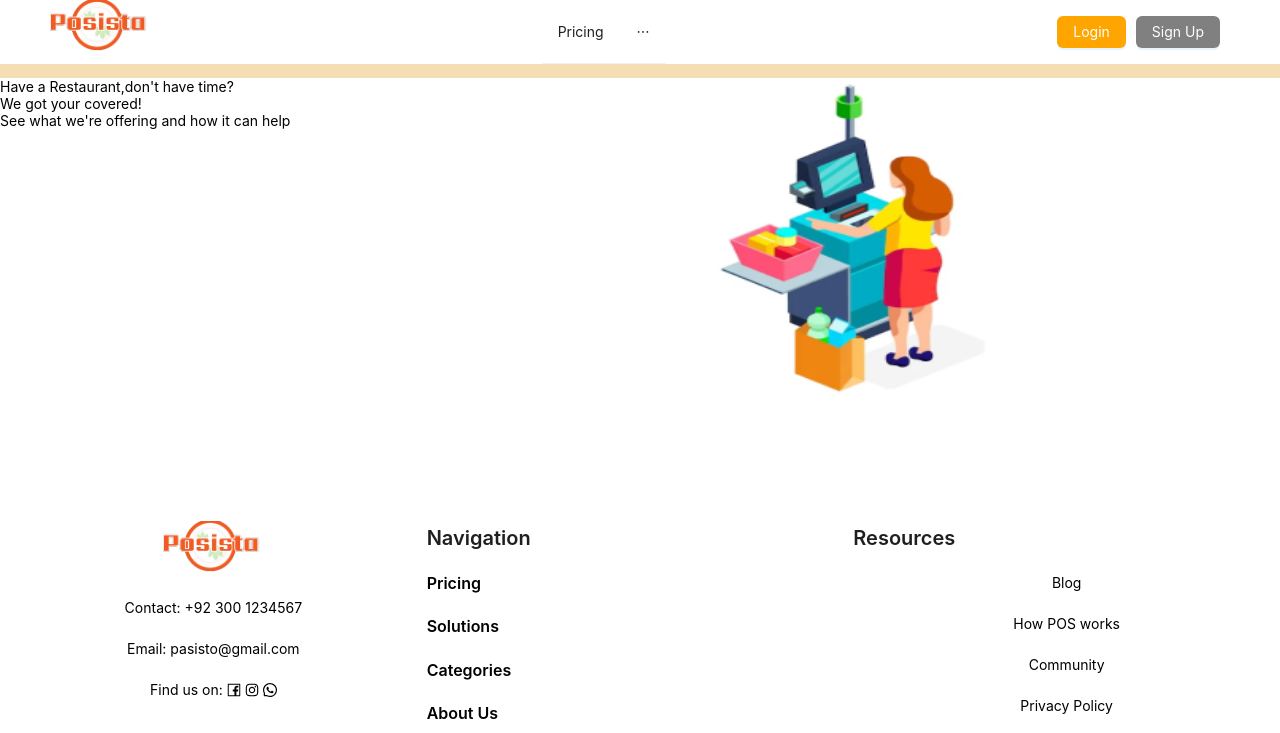
Repository: usmanarshad90/Posista
Page: / (app in test/)
These files come from the project's save history. The page is drawn as it stood at one moment and after the next save; the edit follows.
The browser window is 1280 px wide. The pictures show the whole page.
The project was rebuilt for these pictures with package versions that can differ from the ones it lists, and the page was loaded fresh each time. Also part of the build but not shown: test/src/components/Pricing/Pricing.jsx, test/src/components/Solution/Solutions.jsx, test/src/components/About/AboutUs.jsx, test/src/components/login/login.jsx, test/src/components/signup/signup.jsx.

Above is the page before, as saved 2023-11-28 14:44:35.

### test/public/index.html
<!DOCTYPE html>
<html lang="en">
  <head>
    <meta charset="utf-8" />
    <link rel="icon" href="%PUBLIC_URL%/favicon.ico" />
    <meta name="viewport" content="width=device-width, initial-scale=1" />
    <meta name="theme-color" content="#000000" />
    <meta
      name="description"
      content="Web site created using create-react-app"
    />
    <link rel="apple-touch-icon" href="%PUBLIC_URL%/logo192.png" />

    <link rel="manifest" href="%PUBLIC_URL%/manifest.json" />

    <title>Posisto</title>
  </head>
  <body>
    <noscript>You need to enable JavaScript to run this app.</noscript>
    <div id="root"></div>



  </body>
</html>

### test/src/index.css
body {
  margin: 0;
  font-family: -apple-system, BlinkMacSystemFont, 'Segoe UI', 'Roboto', 'Oxygen',
    'Ubuntu', 'Cantarell', 'Fira Sans', 'Droid Sans', 'Helvetica Neue',
    sans-serif;
  -webkit-font-smoothing: antialiased;
  -moz-osx-font-smoothing: grayscale;
}

code {
  font-family: source-code-pro, Menlo, Monaco, Consolas, 'Courier New',
    monospace;
}
.background{
  background-image: url("./images/background.jpg")!important;

}



/* .container{
  max-width: 1000px;
  margin: auto;
  width: 100%;
  padding-inline: 1rem;
  padding-block:5rem;

} */

### test/src/App.js
import {BrowserRouter  as Router , Routes , Route} from 'react-router-dom'
import Home from './components/Home/Home';

import Pricing from './components/Pricing/Pricing';
import Solutions from './components/Solution/Solutions';
import AboutUs from './components/About/AboutUs';
import Login from './components/login/login';
import SignUp from './components/signup/signup';


function App() {
  return (
    <Router>
    {/* if i can do it like this all pages come on the header */}

      <Routes>

        {/* if i can do it like this header individually come on the each page*/}

        <Route path="/" element={< Home/>} />
        <Route path="/login" element={<Login/>}/>
        <Route path="/signup" element={<SignUp/>} />

        <Route path="/pricing" element={< Pricing/>} />
        <Route path="/solution" element={< Solutions/>} />
        <Route path="/about" element={<AboutUs/>} />

        </Routes>
        {/* for footer i can call here */}

        </Router>
  );
}

export default App;

### test/src/components/Home/Home.jsx
import React from 'react'
import PageHeader from '../PageHeader/PageHeader'
import HeroSection from '../HeroSection/HeroSection'
import PageFooter from '../Footer/Footer'

const Home = () => {
  return (
    <>
    <PageHeader/>
    <HeroSection/>



    <PageFooter/>

    </>
  )
}

export default Home

### test/src/components/PageHeader/PageHeader.jsx
import React from 'react'
import { Layout, Menu, Button, Row, Col } from 'antd';
import { Link } from 'react-router-dom';
import logoimage from '../../images/posistologo.png'
import {HomeOutlined, UserOutlined,SettingOutlined,} from '@ant-design/icons';

const { Header } = Layout;
const PageHeader = () => {
  return (
    <Row>
      <Col lg={24} xl={24} md={12} xs={4} >
    <Layout className="layout">
    <Header style={{ display: 'flex', justifyContent: 'space-between' ,backgroundColor: 'white' }}>
      <div className="logo" >

      <Link to={'/'}><img src={logoimage} alt="" width="100px"  /></Link>
        </div>
      <Menu  mode="horizontal" style={ {color:'black',backgroundColor: 'transparent'}} >
        <Link to={'/pricing'} ><Menu.Item key="1" >Pricing</Menu.Item></Link>


        <Link to={'/solution'} ><Menu.Item key="2" >Solutions</Menu.Item></Link>

        <Link to={'/about'} ><Menu.Item key="3" >About Us</Menu.Item></Link>
      </Menu>

      <div>

        <Link to="/login"><Button type="primary" style={{ marginRight: '10px', backgroundColor: 'orange' }}>Login</Button>
        </Link>
        <Link to="/signup"><Button type="primary" style={{ marginRight: '10px', backgroundColor: 'grey' }}>Sign Up</Button></Link>
      </div>




    </Header>
  </Layout>
  </Col>
  </Row>
  )
}

export default PageHeader;

### test/src/components/HeroSection/HeroSection.jsx
import React from 'react'
import { Row,Col,Image,Divider} from 'antd';

import image from '../../images/design.png'

const HeroSection = () => {




      const DemoBox = (props) => <p className={`height-${props.value}`}>{props.children}</p>;
  return (
    <>
    <Row  >
      <Col  lg={{ span:24, order: 1 }} md={24} xs={24} xl={24} xxl={24}  style={{background:'wheat'}}>
      <DemoBox value={'100%'}> </DemoBox>
        </Col>

    <Col lg={{ span: 12, order: 2 }} md={8} xs={4} xl={12}>

    <div   >

         Have a Restaurant,don't have time? <br />
         We got your covered! <br/>

         <div   >See what we're offering and how it can help <br />


         </div>
    </div>
    </Col>
    <Col lg={{ span: 12, order: 3 }}md={8} xs={4} xl={12}>
    <Image width={'70%'} preview={false} height={'90%'} src={image} alt="#" />

    </Col>
   </Row>
   </>
  )
}

export default HeroSection

### test/src/components/Footer/Footer.jsx
import React from 'react'
import { Layout, Menu, Row, Col, Typography } from 'antd';
import { Link } from 'react-router-dom';
import logoimage from '../../images/posistologo.png';
import { FacebookOutlined,InstagramOutlined , WhatsAppOutlined} from '@ant-design/icons';
// const {PageFooter}=Layout;




const Footer = () => {
  const style = {


    padding: ' 12px ',
    textAlign: 'center',


  };


  return (
    <Row><Col  lg={{ span:8, order: 1 }} md={6} xs={4} xl={8} xxl={8} style={style} >

      <div style={style} className="logo" >

      <Link to={'/'}><img src={logoimage} alt="" width="100px"  /></Link>
      </div>
      <div style={style}>Contact: +92 300 1234567</div>
      <div style={style}>Email: pasisto@gmail.com</div>
      <div style={style}>Find us on: <FacebookOutlined  /> <InstagramOutlined /> <WhatsAppOutlined /></div>

      </Col>

      <Col  lg={{ span:8, order: 1 }} md={6} xs={4} xl={8} xxl={8}   >

      <Typography.Title level={4} >Navigation </Typography.Title>


      <Typography.Title level={5}>
      <Link to={'/pricing'} style={{color:'black'}}>Pricing</Link> </Typography.Title>

      <Typography.Title level={5}>
      <Link to={'/solution'} style={{color:'black'}}>Solutions</Link></Typography.Title>
      <Typography.Title level={5}>
      <Link to={'/about'} style={{color:'black'}}>Categories</Link></Typography.Title>
      <Typography.Title level={5}>
      <Link to={'/about'} style={{color:'black'}}>About Us</Link></Typography.Title>


      </Col>

      <Col  lg={{ span:8, order: 1 }} md={6} xs={4} xl={8} xxl={8}   >
        <Typography.Title level={4}>Resources</Typography.Title>
        <div style={style}>Blog</div>
        <div style={style}>How POS works</div>
        <div style={style}>Community</div>
        <div style={style}>Privacy Policy</div>
      </Col>




    </Row>

  )
}

export default Footer

Loaded but not shown: test/src/index.js (common file)

After the next save:
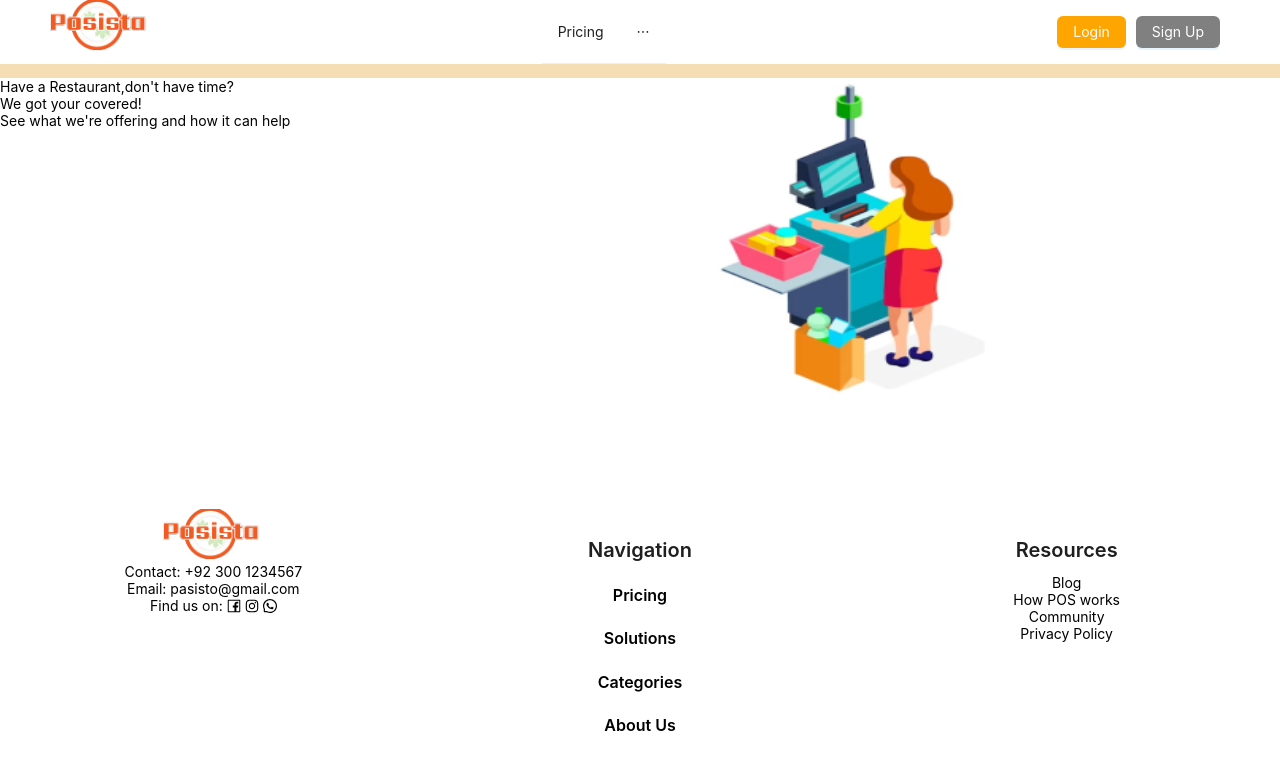
Saved 66 s later.
--- a/test/src/components/Footer/Footer.jsx
+++ b/test/src/components/Footer/Footer.jsx
@@ -1,69 +1,63 @@
-import React from 'react'
+import React from 'react';
 import { Layout, Menu, Row, Col, Typography } from 'antd';
 import { Link } from 'react-router-dom';
 import logoimage from '../../images/posistologo.png';
-import { FacebookOutlined,InstagramOutlined , WhatsAppOutlined} from '@ant-design/icons';
-// const {PageFooter}=Layout;
-
-
-
+import { FacebookOutlined, InstagramOutlined, WhatsAppOutlined } from '@ant-design/icons';
 
 const Footer = () => {
   const style = {
-
-
-    padding: ' 12px ',
-    textAlign: 'center',
-
-
+    padding: '12px',
+    textAlign: 'center', // Center text within each column
   };
 
-
   return (
-    <Row><Col  lg={{ span:8, order: 1 }} md={6} xs={4} xl={8} xxl={8} style={style} >
-
-      <div style={style} className="logo" >
-
-      <Link to={'/'}><img src={logoimage} alt="" width="100px"  /></Link>
-      </div>
-      <div style={style}>Contact: +92 300 1234567</div>
-      <div style={style}>Email: pasisto@gmail.com</div>
-      <div style={style}>Find us on: <FacebookOutlined  /> <InstagramOutlined /> <WhatsAppOutlined /></div>
-
+    <Row>
+      <Col lg={{ span: 8, order: 1 }} md={6} xs={4} xl={8} xxl={8} style={style}>
+        <div className="logo">
+          <Link to={'/'}>
+            <img src={logoimage} alt="" width="100px" />
+          </Link>
+        </div>
+        <div>Contact: +92 300 1234567</div>
+        <div>Email: pasisto@gmail.com</div>
+        <div>
+          Find us on: <FacebookOutlined /> <InstagramOutlined /> <WhatsAppOutlined />
+        </div>
       </Col>
 
-      <Col  lg={{ span:8, order: 1 }} md={6} xs={4} xl={8} xxl={8}   >
-
-      <Typography.Title level={4} >Navigation </Typography.Title>
-
-
-      <Typography.Title level={5}>
-      <Link to={'/pricing'} style={{color:'black'}}>Pricing</Link> </Typography.Title>
-
-      <Typography.Title level={5}>
-      <Link to={'/solution'} style={{color:'black'}}>Solutions</Link></Typography.Title>
-      <Typography.Title level={5}>
-      <Link to={'/about'} style={{color:'black'}}>Categories</Link></Typography.Title>
-      <Typography.Title level={5}>
-      <Link to={'/about'} style={{color:'black'}}>About Us</Link></Typography.Title>
-
-
+      <Col lg={{ span: 8, order: 1 }} md={6} xs={4} xl={8} xxl={8} style={style}>
+        <Typography.Title level={4}>Navigation </Typography.Title>
+        <Typography.Title level={5}>
+          <Link to={'/pricing'} style={{ color: 'black' }}>
+            Pricing
+          </Link>{' '}
+        </Typography.Title>
+        <Typography.Title level={5}>
+          <Link to={'/solution'} style={{ color: 'black' }}>
+            Solutions
+          </Link>
+        </Typography.Title>
+        <Typography.Title level={5}>
+          <Link to={'/about'} style={{ color: 'black' }}>
+            Categories
+          </Link>
+        </Typography.Title>
+        <Typography.Title level={5}>
+          <Link to={'/about'} style={{ color: 'black' }}>
+            About Us
+          </Link>
+        </Typography.Title>
       </Col>
 
-      <Col  lg={{ span:8, order: 1 }} md={6} xs={4} xl={8} xxl={8}   >
+      <Col lg={{ span: 8, order: 1 }} md={6} xs={4} xl={8} xxl={8} style={style}>
         <Typography.Title level={4}>Resources</Typography.Title>
-        <div style={style}>Blog</div>
-        <div style={style}>How POS works</div>
-        <div style={style}>Community</div>
-        <div style={style}>Privacy Policy</div>
+        <div>Blog</div>
+        <div>How POS works</div>
+        <div>Community</div>
+        <div>Privacy Policy</div>
       </Col>
+    </Row>
+  );
+};
 
-
-
-
-    </Row>
-
-  )
-}
-
-export default Footer
+export default Footer;
